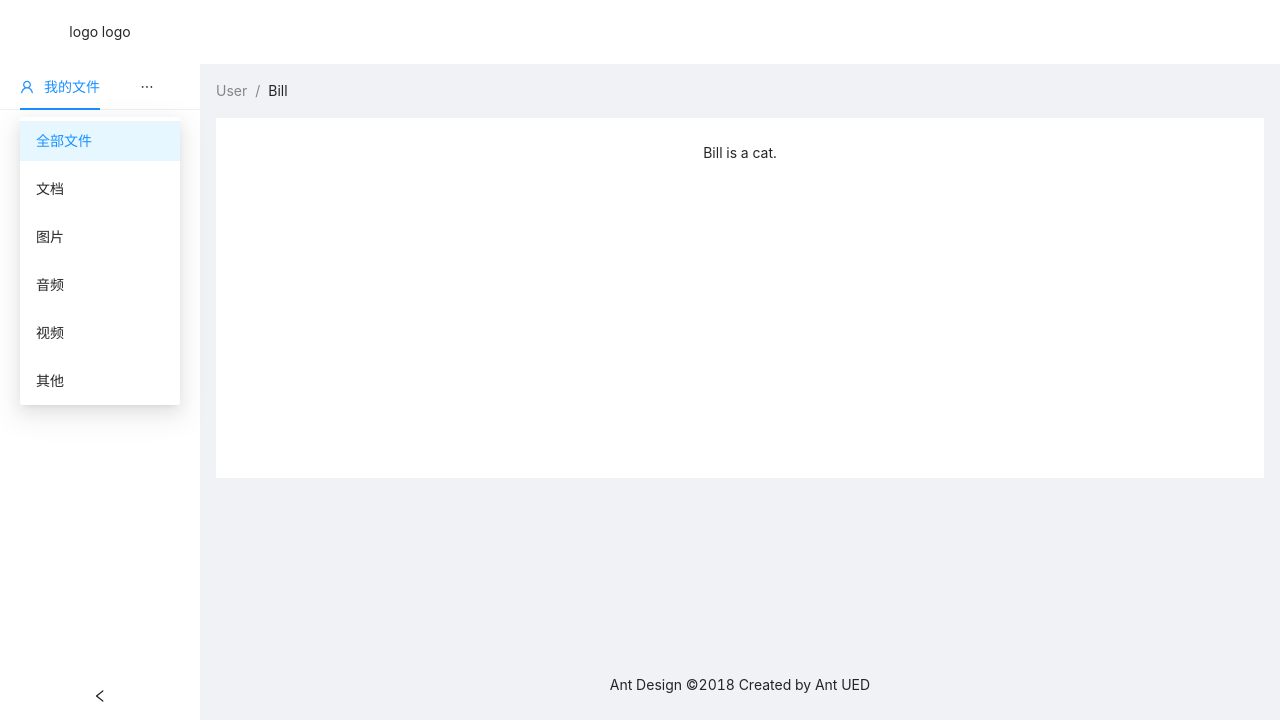
Repository: xstnet/starfire-cloud-fe
Page: /
An editor plug-in stored every save of this project. The page is shown before and after the next save, followed by the edit.
The browser window is 1280 px wide. The pictures show the whole page.
The project was rebuilt for these pictures with package versions that can differ from the ones it lists, and the page was loaded fresh each time.

Above is the page before, as saved 2021-09-12 16:39:40.

### src/index.js
import React from 'react';
import ReactDOM from 'react-dom';
import './index.css';
import App from './App';
import reportWebVitals from './reportWebVitals';

// ReactDOM.render(
//   <React.StrictMode>
//     <App />
//   </React.StrictMode>,
//   document.getElementById('root')
// );

ReactDOM.render(
  <App />,
  document.getElementById('root')
);

// If you want to start measuring performance in your app, pass a function
// to log results (for example: reportWebVitals(console.log))
// or send to an analytics endpoint. Learn more: https://bit.ly/CRA-vitals
reportWebVitals();

### src/App.js
import React from 'react';
// import { Button } from 'antd';
import './App.css';
import MainLayout from './page/layout/main'

const App = () => (
  <div className="App">
    <MainLayout></MainLayout>
  </div>
);

export default App;

### src/page/layout/main.jsx
import React from 'react';
import { Layout, Menu, Breadcrumb } from 'antd';
import {
  PieChartOutlined,
  UserOutlined,
} from '@ant-design/icons';
import './main.css';

const { Header, Content, Footer, Sider } = Layout;
const { SubMenu } = Menu;

class MainLayout extends React.Component {
  state = {
    collapsed: false,
  };

  onCollapse = collapsed => {
    console.log(collapsed);
    this.setState({ collapsed });
  };

  render() {
    const { collapsed } = this.state;
    return (
      <Layout style={{ minHeight: '100vh' }}>
        <Sider theme="light" collapsible collapsed={collapsed} onCollapse={this.onCollapse}>
          <div className="logo">
              logo logo
          </div>
          <Menu defaultSelectedKeys={['all']} defaultOpenKeys={["my-file"]} mode="horizontal">
            <SubMenu key="my-file" icon={<UserOutlined />} title="我的文件">
              <Menu.Item key="all">全部文件</Menu.Item>
              <Menu.Item key="doc">文档</Menu.Item>
              <Menu.Item key="imgage">图片</Menu.Item>
              <Menu.Item key="audio">音频</Menu.Item>
              <Menu.Item key="video">视频</Menu.Item>
              <Menu.Item key="other">其他</Menu.Item>
            </SubMenu>
            <Menu.Item key="favorite" icon={<PieChartOutlined />}>
              收藏夹
            </Menu.Item>
            <Menu.Item key="share" icon={<PieChartOutlined />}>
              我的分享
            </Menu.Item>
            <Menu.Item key="recycle" icon={<PieChartOutlined />}>
              回收站
            </Menu.Item>
          </Menu>
        </Sider>
        <Layout className="site-layout">
          <Header className="site-layout-background" style={{ padding: 0 }} />
          <Content style={{ margin: '0 16px' }}>
            <Breadcrumb style={{ margin: '16px 0' }}>
              <Breadcrumb.Item>User</Breadcrumb.Item>
              <Breadcrumb.Item>Bill</Breadcrumb.Item>
            </Breadcrumb>
            <div className="site-layout-background" style={{ padding: 24, minHeight: 360 }}>
              Bill is a cat.
            </div>
          </Content>
          <Footer style={{ textAlign: 'center' }}>Ant Design ©2018 Created by Ant UED</Footer>
        </Layout>
      </Layout>
    );
  }
}

export default MainLayout;

### src/page/layout/main.css
 .logo {
    height: 64px;
    line-height: 64px;
    text-align: center;
  }

  .site-layout .site-layout-background {
    background: #fff;
  }

Loaded but not shown: public/index.html (common file); src/index.css (common file); src/reportWebVitals.js (common file); src/App.css (common file)

After the next save:
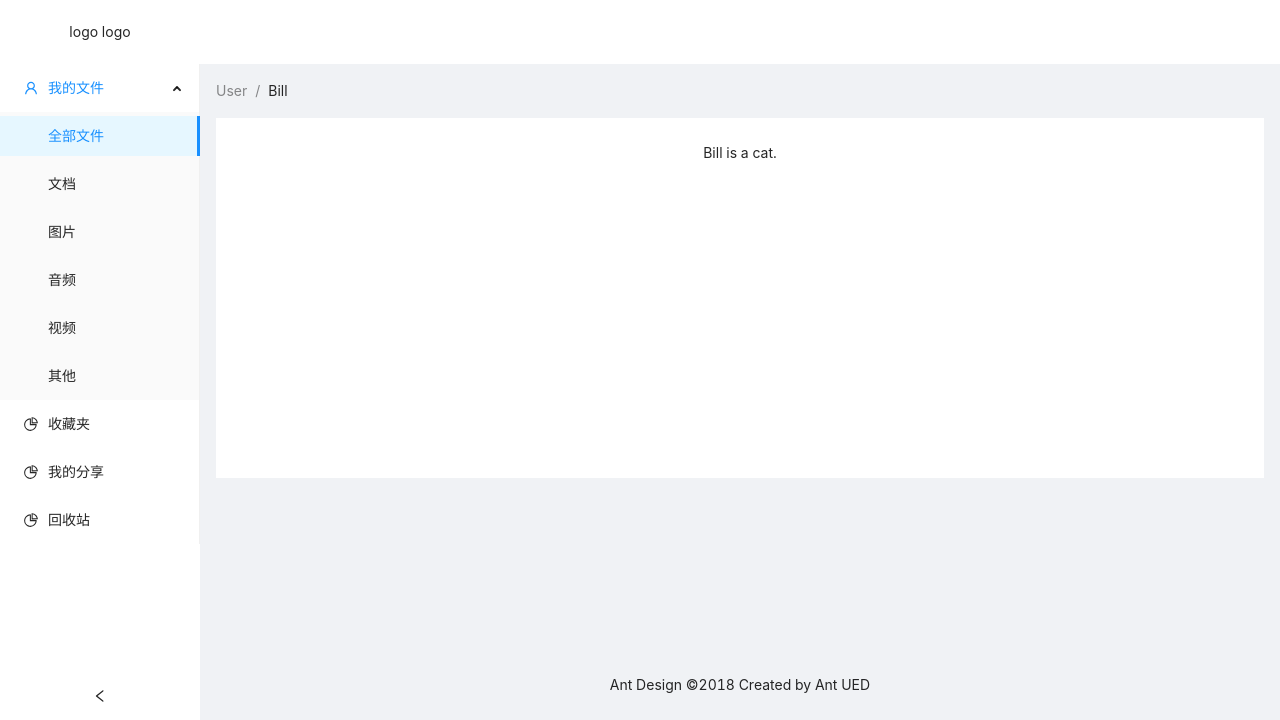
Saved 13 s later.
--- a/src/page/layout/main.jsx
+++ b/src/page/layout/main.jsx
@@ -27,7 +27,7 @@ class MainLayout extends React.Component {
           <div className="logo">
               logo logo
           </div>
-          <Menu defaultSelectedKeys={['all']} defaultOpenKeys={["my-file"]} mode="horizontal">
+          <Menu defaultSelectedKeys={['all']} defaultOpenKeys={["my-file"]} mode="inline">
             <SubMenu key="my-file" icon={<UserOutlined />} title="我的文件">
               <Menu.Item key="all">全部文件</Menu.Item>
               <Menu.Item key="doc">文档</Menu.Item>
